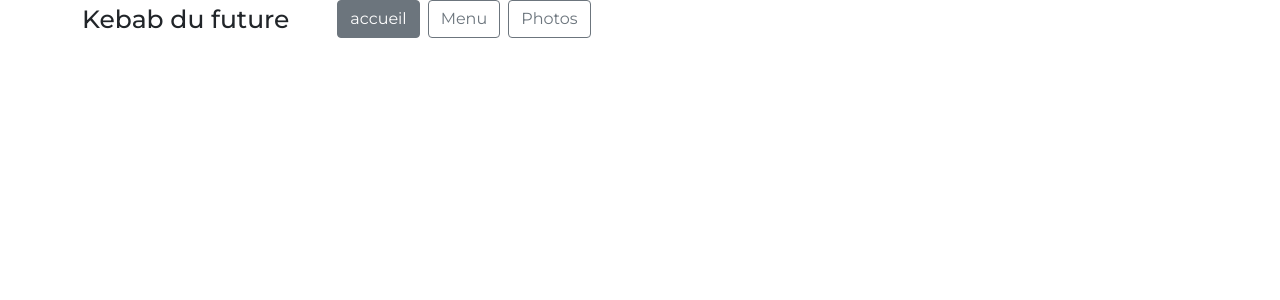
Repository: phbord/THP-js-exercices-manipulation-DOM
Page: index.html
An editor plug-in stored every save of this project. The page is shown before and after a run of saves, followed by the edit.
The browser window is 1280 px wide. The pictures show the whole page.

Above is the page before, as saved 2021-07-19 11:02:54.

After the next 6 saves:
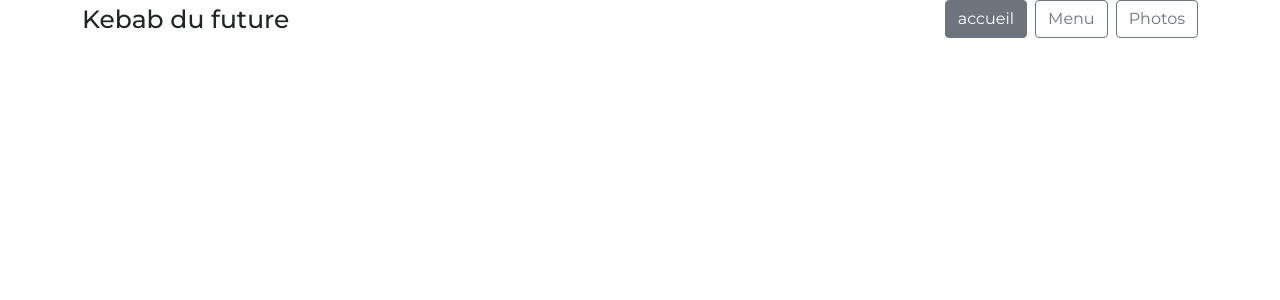
The 6 saves are shown as one change because they came seconds apart.
The last was saved 13 s later.
--- a/index.html
+++ b/index.html
@@ -12,7 +12,7 @@
     <body>
         <!-- HEADER -->
         <header>
-            <nav class="container d-flex align-items-center ">
+            <nav class="container d-flex align-items-center justify-content-between">
                 <div class="me-5" href="#">
                     <h1>Kebab du future</h1>
                 </div>
